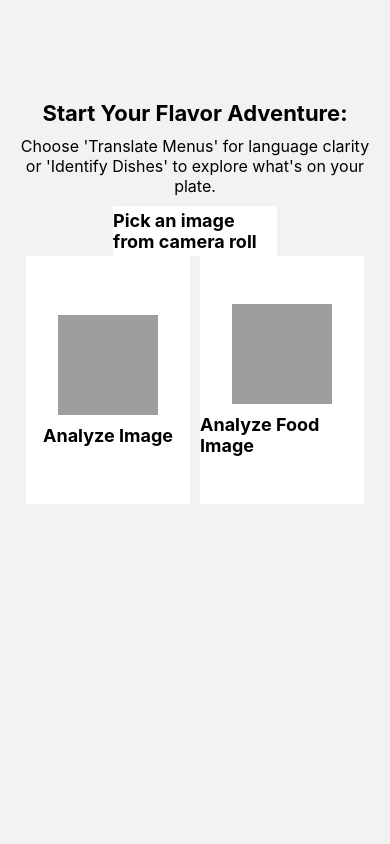
Repository: djdjdallas/taste-without-borders
Screen: /Home
The author's editor kept a copy of each file at every save. The screen is drawn from the files as they stood at one save, then again after a run of saves.
Pictures or frames that could not be fetched are drawn as grey boxes. The app was drawn by React Native's web renderer in a window 390 px wide. The project was rebuilt for these pictures with package versions that can differ from the ones it lists, and the page was loaded fresh each time.

Above is the screen before, as saved 2023-12-26 20:24:43.

After the next 2 saves:
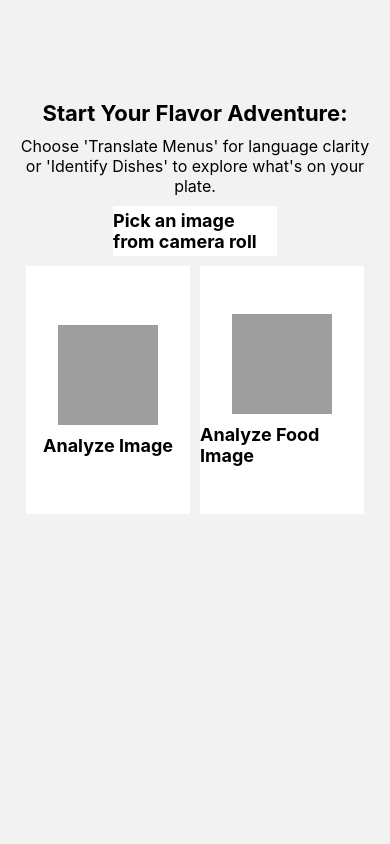
The 2 saves are shown as one change because 1 did not build or start.
The last was saved 18 s later.
--- a/HomeScreen.js
+++ b/HomeScreen.js
@@ -231,6 +231,7 @@ const styles = StyleSheet.create({
   buttonGroup: {
     flex: 1,
     flexDirection: "row",
+    marginTop: 10,
     gap: 10,
   },
   button: {
